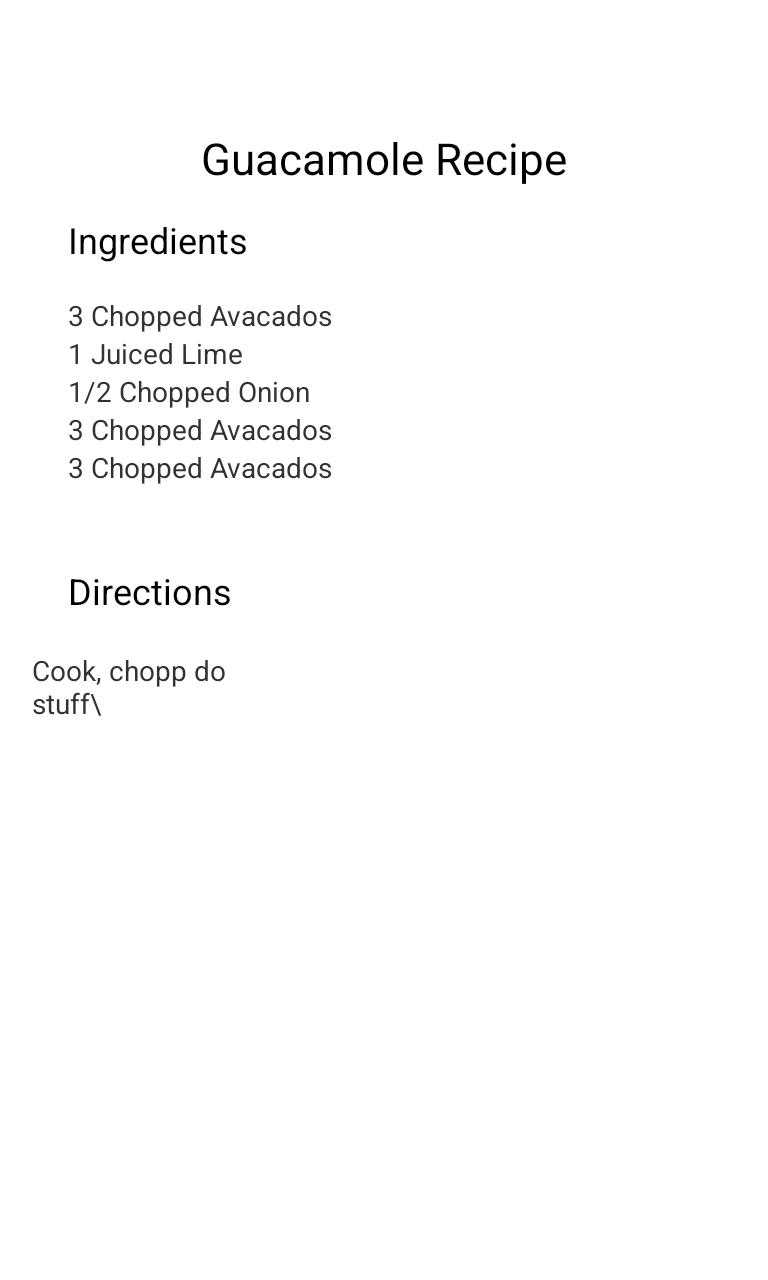
Repository: Gafficus/Delta-Winter-2015
Layout: CST-185-Android_App/HealthyRecipes/res/layout/recipe.xml
The author's editor kept a copy of each file at every save. The layout is drawn from the files as they stood at one save, then again after the next save.
It is drawn on a 768 x 1280 px phone screen (xhdpi) without system bars, with theme AppTheme; the app's code is not run.

Above is the layout before, as saved 2015-01-20 17:18:00.

After the next save:
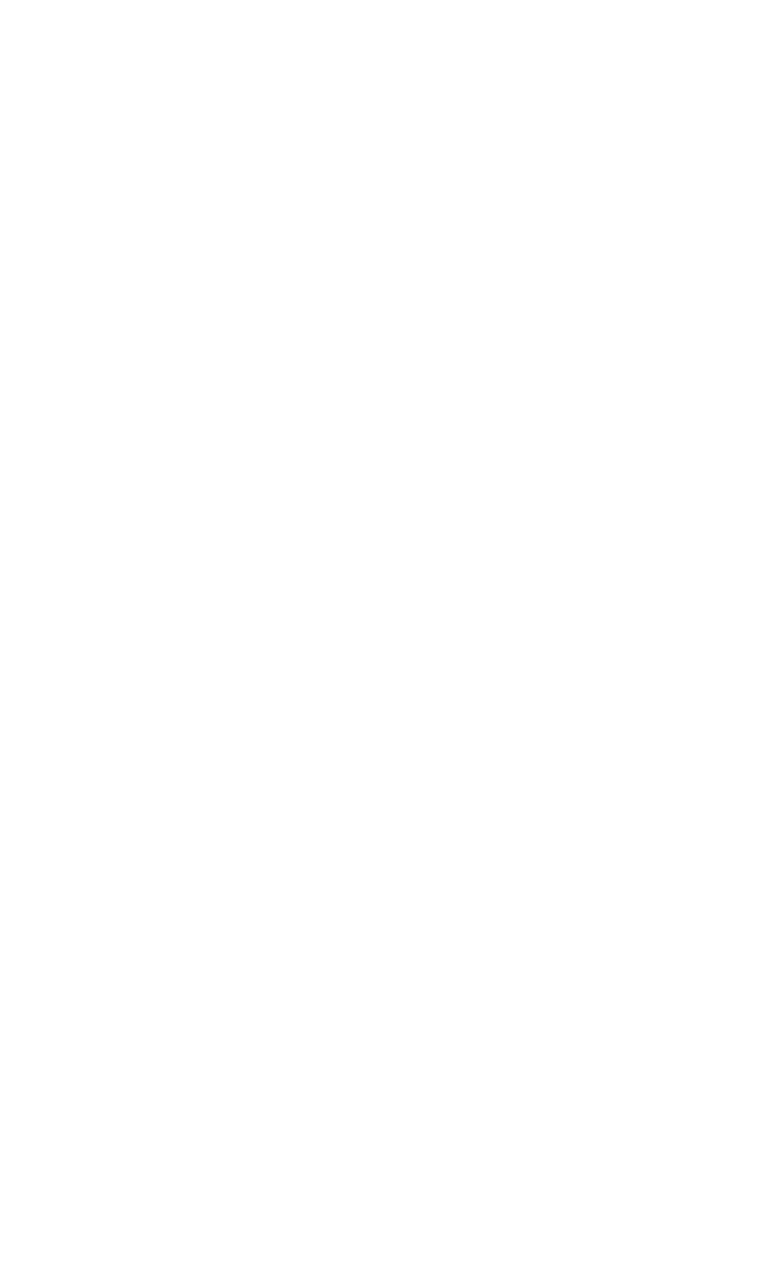
Saved 110 s later.
--- a/CST-185-Android_App/HealthyRecipes/res/layout/recipe.xml
+++ b/CST-185-Android_App/HealthyRecipes/res/layout/recipe.xml
@@ -6,7 +6,7 @@
     android:paddingLeft="@dimen/activity_horizontal_margin"
     android:paddingRight="@dimen/activity_horizontal_margin"
     android:paddingTop="@dimen/activity_vertical_margin"
-    tools:context="com.example.healthyrecipes.r" >
+    tools:context="com.example.healthyrecipes.r" />
 
     <TextView
         android:id="@+id/textView1"

After the save that followed:
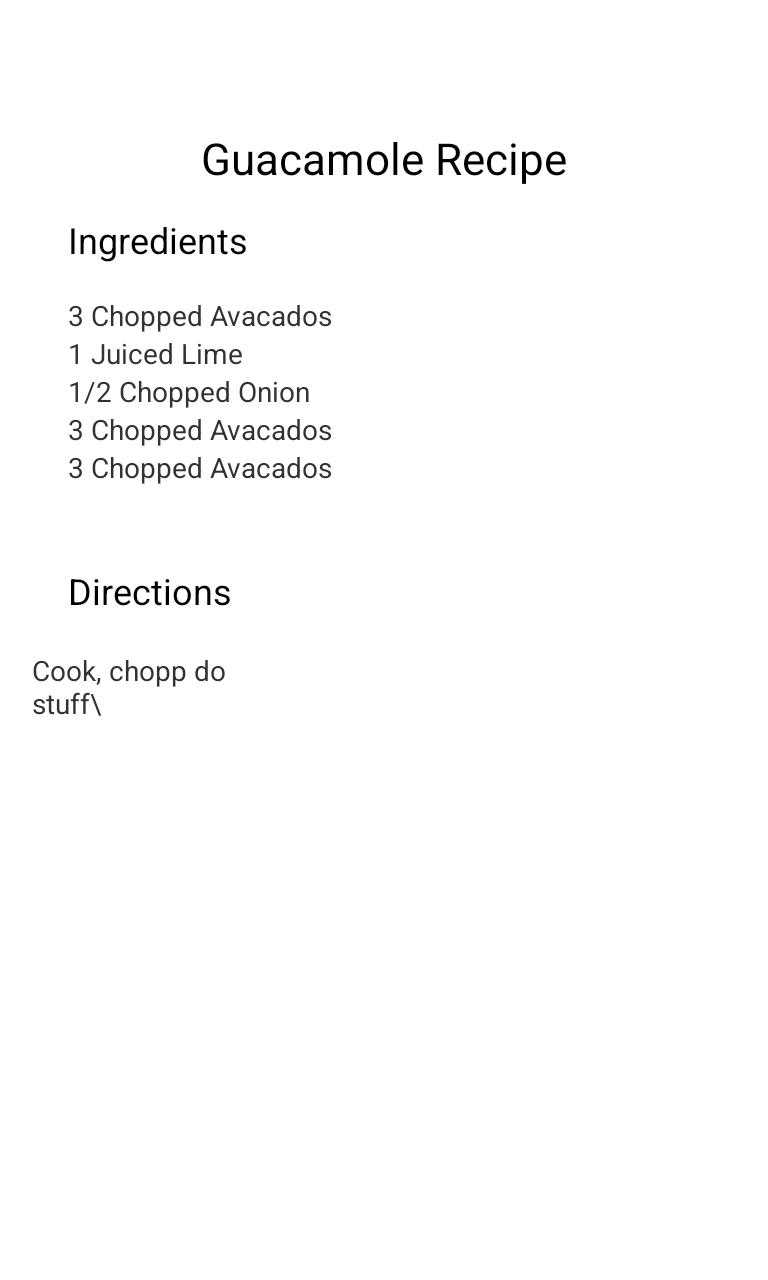
Saved 56 s later.
--- a/CST-185-Android_App/HealthyRecipes/res/layout/recipe.xml
+++ b/CST-185-Android_App/HealthyRecipes/res/layout/recipe.xml
@@ -6,7 +6,7 @@
     android:paddingLeft="@dimen/activity_horizontal_margin"
     android:paddingRight="@dimen/activity_horizontal_margin"
     android:paddingTop="@dimen/activity_vertical_margin"
-    tools:context="com.example.healthyrecipes.r" />
+    tools:context="com.example.healthyrecipes.r" >
 
     <TextView
         android:id="@+id/textView1"
@@ -94,3 +94,5 @@
         android:layout_marginTop="18dp"
         android:text="Cook, chopp do stuff\"
         android:textAppearance="?android:attr/textAppearanceSmall" />
+
+<RelativeLayout/>
